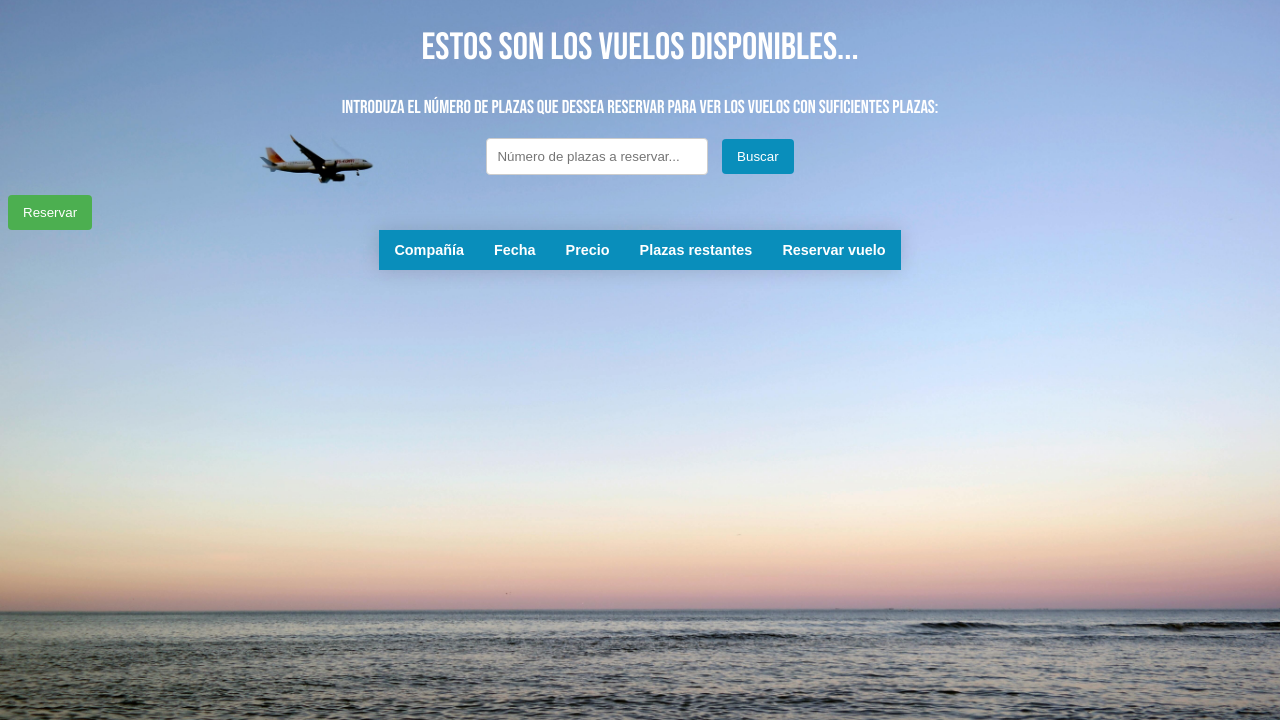
Repository: craschelf/GestionDeViajes-Microservicios
Page: http://localhost/vuelos
The author's editor kept a copy of each file at every save. The page is drawn from the files as they stood at one save, then again after the next save.
The browser window is 1280 px wide. The pictures show the whole page.
The page is this project's Thymeleaf template; nobody is signed in. The template is opened directly, without the code that normally fills it, so the values that code supplies are empty.

Above is the page before, as saved 2024-06-05 15:44:43.

### FrontProyectoFinal/src/main/resources/templates/vuelos.html
<!DOCTYPE html>
<html lang="es">
<head>
    <meta charset="UTF-8">
    <meta name="viewport" content="width=device-width, initial-scale=1.0">
    <title>Hoteles</title>
    <link rel="stylesheet" href="/css/vuelos.css">
    <link rel="preconnect" href="https://fonts.googleapis.com">
    <link rel="preconnect" href="https://fonts.gstatic.com" crossorigin>
    <link href="https://fonts.googleapis.com/css2?family=Oswald:wght@200..700&display=swap" rel="stylesheet">
    <link href="https://fonts.googleapis.com/css2?family=Bebas+Neue&display=swap" rel="stylesheet">
</head>
<body>
    <h1>Estos son los vuelos disponibles...</h1>
	<h3>Introduza el número de plazas que dessea reservar para ver los vuelos con suficientes plazas: </h3>
	<form action="/vuelos/buscar" method="get" class="search-container">
        <input type="text" id="numPlazas" placeholder="Número de plazas a reservar..."/>
        <button onClick="obtenerNumPlazasAReservar()"id="botonBuscar" type="submit">Buscar</button>
	</form>

	<table class="tablaConVuelos">
	    <thead>
	        <tr>
	            <th>Compañía</th>
	            <th>Fecha</th>
	            <th>Precio</th>
	            <th>Plazas restantes</th>
	            <th>Reservar vuelo</th>
	        </tr>
	    </thead>
	    <tbody id="vueloTableBody">
	        <tr th:each="vuelo : ${vuelos}" class="vuelo">
	            <td th:text="${vuelo.aerolinea}"></td>
	            <td th:text="${vuelo.fechaVuelo}"></td>
	            <td th:text="${vuelo.precio} + '€'"></td>
	            <td th:text="${vuelo.plazasDisponibles}"></td>
	            <td>
				</tr>
	                <form action="/vuelos/reservar" method="get" onsubmit="obtenerDatosFila(this)">
	                    <input type="hidden" name="plazasAReservar" id="inputOculto">
	                    <input type="hidden" name="id" th:value="${vuelo.id}">
	                    <button class="botonReservar" type="submit">Reservar</button>
	                </form>
	            </td>
	    </tbody>
	</table>
	<script>
			    var inputEspecifico = document.getElementById("numPlazas");
			    var valor = inputEspecifico.value;
				document.getElementById("inputOculto").value = valor;

				function obtenerDatosFila(formulario) {
				        var fila = formulario.closest('tr'); // Obtener la fila más cercana al formulario
				        var celdas = fila.getElementsByTagName('td'); // Obtener todas las celdas de la fila

				        // Obtener los valores de los <td>
				        var compañia = celdas[0].textContent;
				        var fecha = celdas[1].textContent;
				        var precio = celdas[2].textContent;

				        // Obtener los valores de los <input> dentro del formulario
				        var plazasAReservar = formulario.querySelector('input[name="plazasAReservar"]').value;
				        var id = formulario.querySelector('input[name="id"]').value;

				        // Puedes hacer lo que quieras con los valores aquí, como enviarlos a través de AJAX
				        console.log("Compañía: " + compañia + ", Fecha: " + fecha + ", Precio: " + precio);
				        console.log("Plazas a reservar: " + plazasAReservar + ", ID: " + id);
				    }
	</script>
</body>
</html>

### FrontProyectoFinal/src/main/resources/static/css/vuelos.css
h1 {
    text-align: center;
    font-family: "Bebas Neue", sans-serif;
    font-weight: 400;
    font-size: 38px;
    font-style: normal;
    color: white;
}

h3 {
	text-align: center;
	font-style: normal;
	font-family: "Bebas Neue", sans-serif;
    font-weight: 400;
    color: white;

}

body {
    background-color: #f5f5f5;
    background-image: url('/fondo_vuelos.jpg');
    background-size: cover;
    background-position: center;
    background-attachment: fixed;
    font-family: 'Oswald', sans-serif;
}

.search-container {
    text-align: center;
    margin-bottom: 20px;
}

.search-container input[type="text"] {
    width: 200px;
    padding: 10px;
    margin-right: 10px;
    border: 1px solid #ccc;
    border-radius: 4px;
}

.search-container button {
    padding: 10px 15px;
    background-color: rgb(9, 142, 187);
    color: white;
    border: none;
    border-radius: 4px;
    cursor: pointer;
}

.search-container button:hover {
    background-color: rgb(9, 142, 187);
}

.search-container button:hover {
    background-color: rgb(9, 142, 187);
}

.botonReservar {
    padding: 10px 15px;
    background-color: #4CAF50;
    color: white;
    border: none;
    border-radius: 4px;
    cursor: pointer;
}

.botonReservar:hover {
    background-color: #4CAF50;
}

.botonReservar:hover {
    background-color: #4CAF50;
}

.tablaConVuelos {
    border-collapse: collapse;
    margin: auto;
    font-size: 0.9em;
    font-family: sans-serif;
    min-width: 400px;
    box-shadow: 0 0 20px rgba(0, 0, 0, 0.15);
    background-color: rgb(255, 255, 255);
}

.tablaConVuelos thead tr {
    background-color: rgb(9, 142, 187);
    color: #ffffff;
    text-align: left;
}

.tablaConVuelos th,
.tablaConVuelos td {
    padding: 12px 15px;
}

.tablaConVuelos tbody tr {
    border-bottom: 1px solid #dddddd;
}

.tablaConVuelos tbody tr:nth-of-type(even) {
    background-color: #f3f3f3;
}

.tablaConHoteles tr:last-of-type {
    border-bottom: 2px solid rgb(9, 142, 187);
}

.tablaConVuelos tbody tr.active-row {
    font-weight: bold;
    color: rgb(9, 142, 187);
}

After the next save:
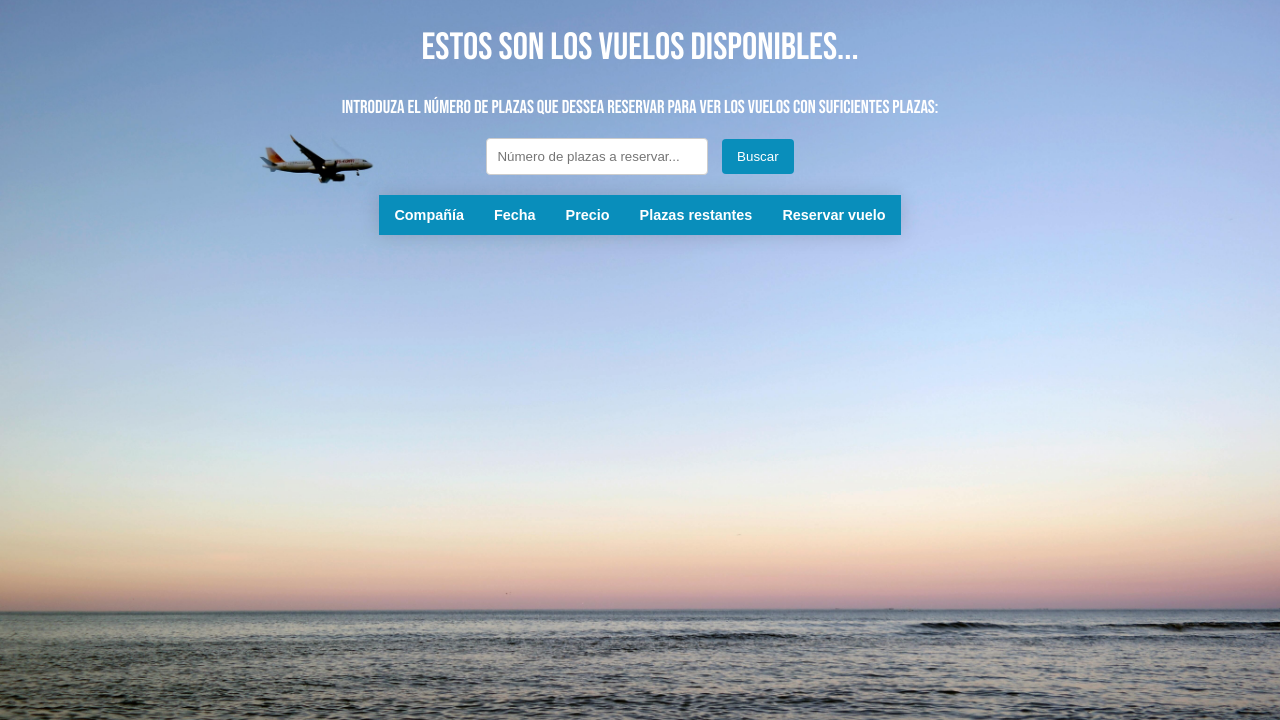
Saved 58 s later.
--- a/FrontProyectoFinal/src/main/resources/templates/vuelos.html
+++ b/FrontProyectoFinal/src/main/resources/templates/vuelos.html
@@ -34,12 +34,13 @@
 	            <td th:text="${vuelo.fechaVuelo}"></td>
 	            <td th:text="${vuelo.precio} + '€'"></td>
 	            <td th:text="${vuelo.plazasDisponibles}"></td>
+				<a><button class="botonReservar" type="submit">Reservar</button></a>
 	            <td>
 				</tr>
 	                <form action="/vuelos/reservar" method="get" onsubmit="obtenerDatosFila(this)">
 	                    <input type="hidden" name="plazasAReservar" id="inputOculto">
 	                    <input type="hidden" name="id" th:value="${vuelo.id}">
-	                    <button class="botonReservar" type="submit">Reservar</button>
+
 	                </form>
 	            </td>
 	    </tbody>
